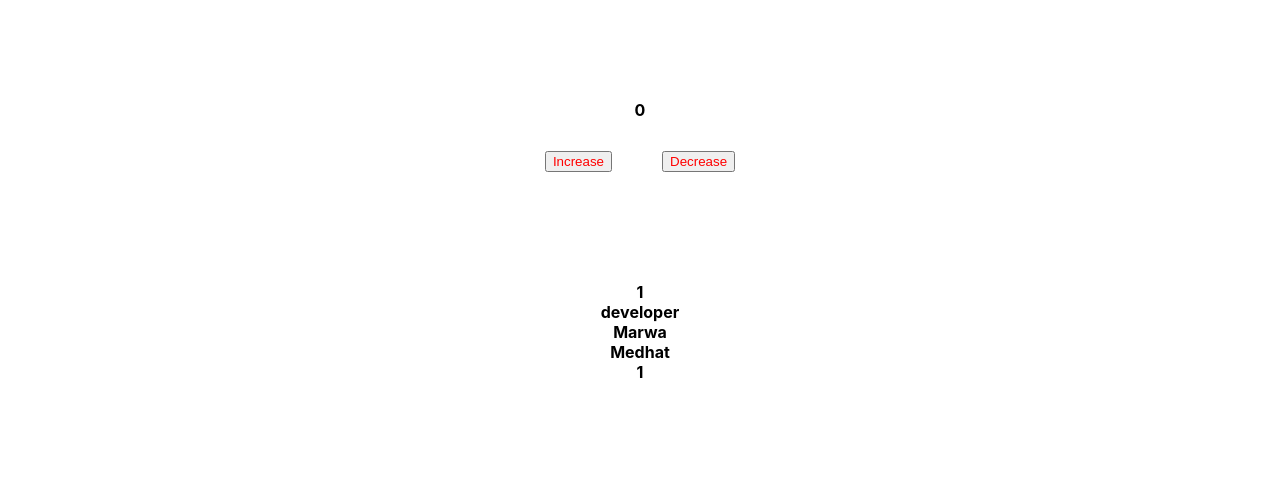
Repository: Marwa-Medhat/ReactJS-Labs
Page: /todolist (app in myapp/)
These files come from the project's save history. The page is drawn as it stood at one moment and after the next save; the edit follows.
The browser window is 1280 px wide. The pictures show the whole page.
The project was rebuilt for these pictures with package versions that can differ from the ones it lists, and the page was loaded fresh each time.

Above is the page before, as saved 2021-04-25 20:00:14.

After the next save:
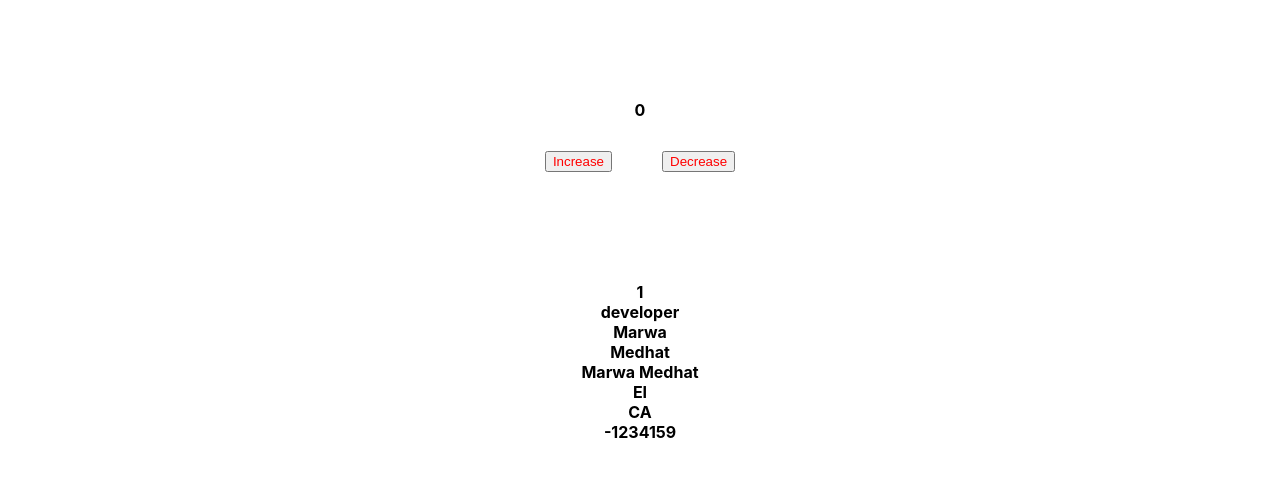
Saved 74 s later.
--- a/myapp/src/App.js
+++ b/myapp/src/App.js
@@ -60,7 +60,12 @@ import React, { Component } from 'react';
           <div style={{fontWeight:'bolder',}}>{this.state.jobTitleName}</div>
           <div style={{fontWeight:'bolder',}}>{this.state.firstname}</div>
           <div style={{fontWeight:'bolder',}}>{this.state.lastname}</div>
-          <div style={{fontWeight:'bolder',}}>{this.state.id}</div>
+          <div style={{fontWeight:'bolder',}}>{this.state.PreferedFullName}</div>
+          <div style={{fontWeight:'bolder',}}>{this.state. employeeCode}</div>
+          <div style={{fontWeight:'bolder',}}>{this.state.region}</div>
+          <div style={{fontWeight:'bolder',}}>{this.state.phoneNumber}</div>
+
+
           </div>
         ); //return
         } //render
